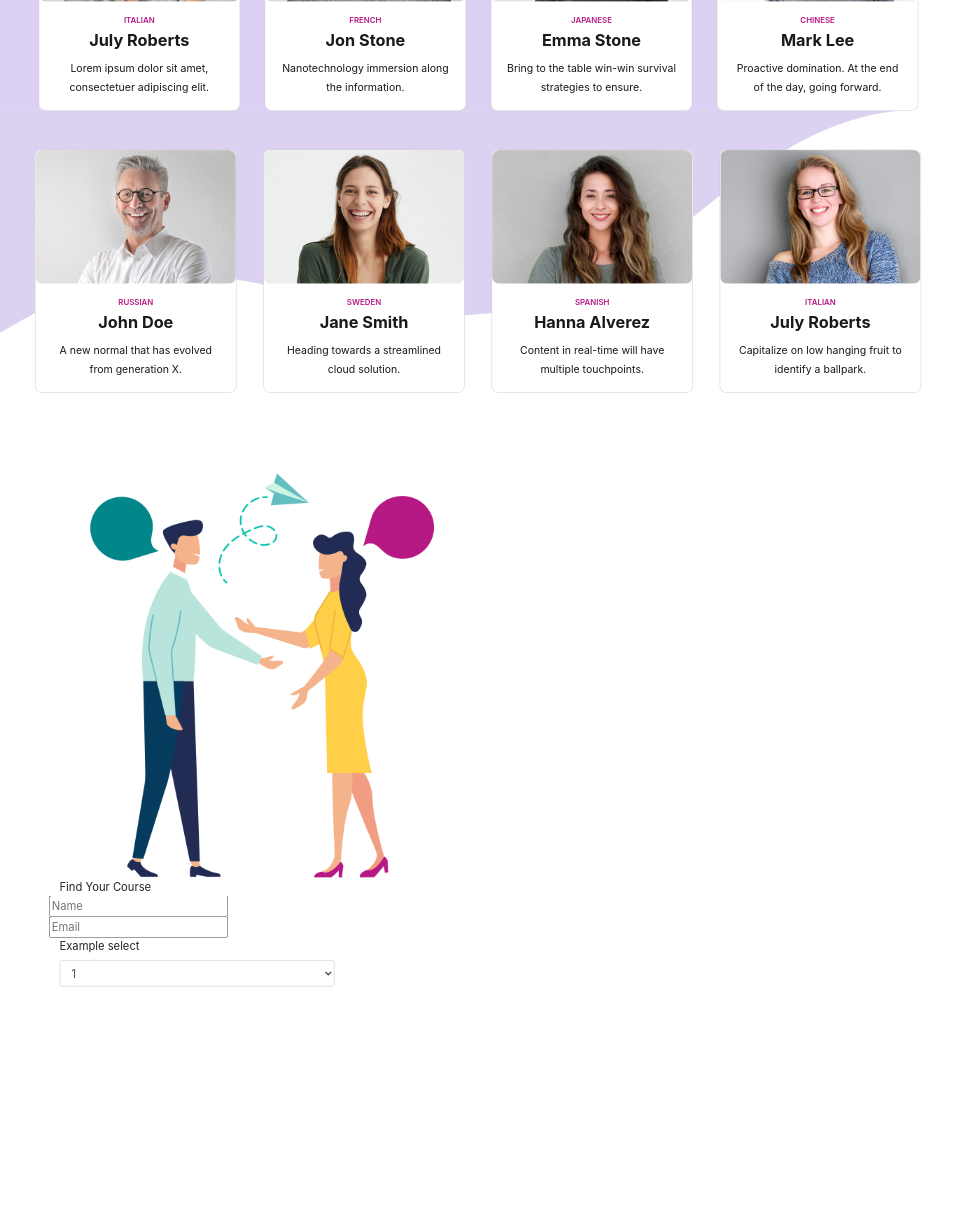
Repository: Khanh1234-glitch/TruongNguyenBaoKhanh_BC22_assignment__tabula
Page: Tabula/index.html
An editor plug-in stored every save of this project. The page is shown before and after the next save, followed by the edit.
The browser window is 1280 px wide. The page is 1366 px wide, so the pictures cover 1366 px, including what lies to the right of the window. The pictures show the part of the page from y = 1098 to 2858 px (the page is 2858 px tall), at 70% of full size.
The style sheet was rebuilt from its Sass, Less or Tailwind sources for each picture, by a compiler version that may differ from the author's.

Above is the page before, as saved 2022-04-18 09:35:21.

After the next save:
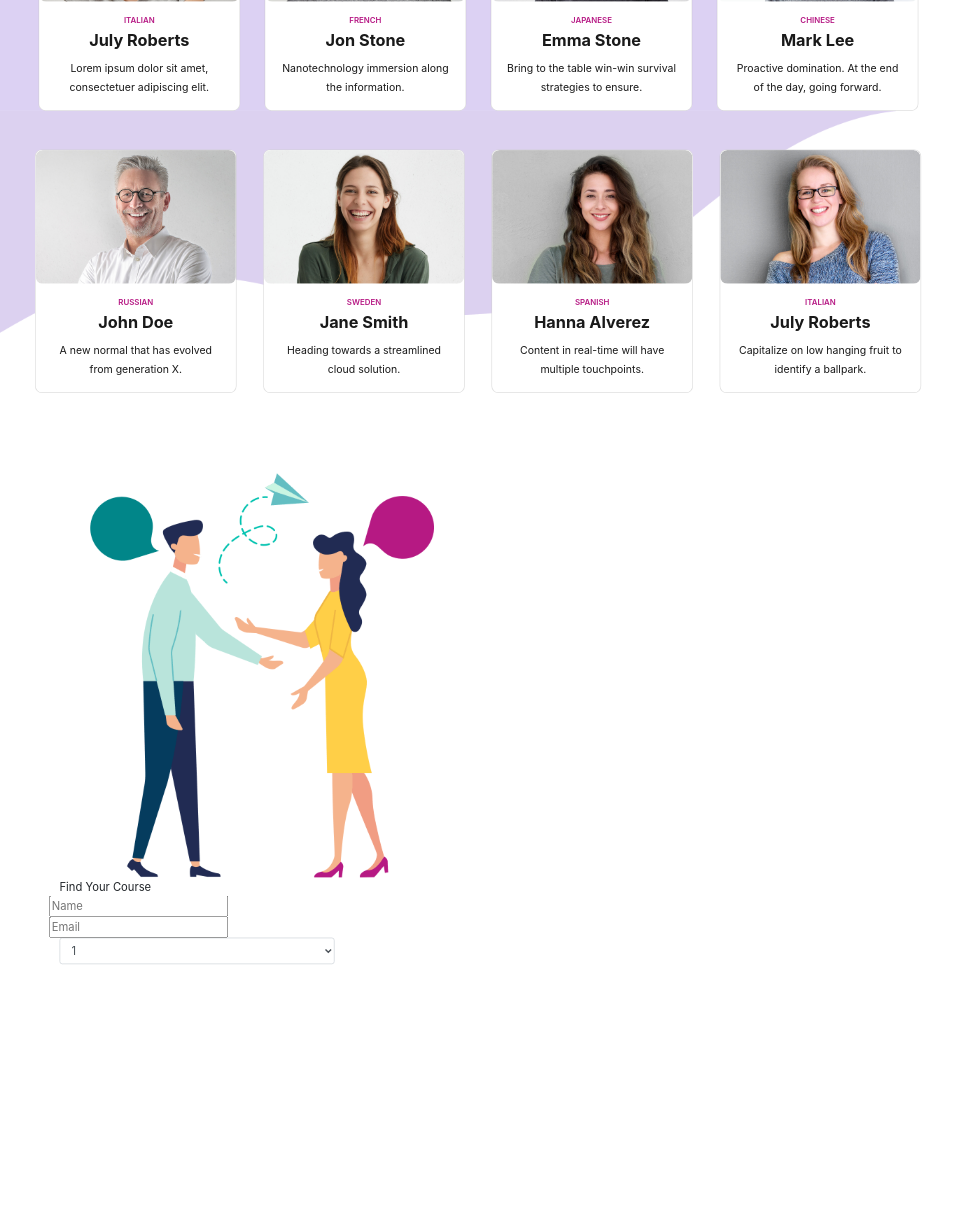
Saved 11 s later.
--- a/Tabula/index.html
+++ b/Tabula/index.html
@@ -172,7 +172,6 @@
                     <div class="email-form"><input type="text" placeholder="Email"></div>
                 </div>
                 <div class="seclect-form">
-                    <label for="exampleFormControlSelect1">Example select</label>
                     <select class="form-control" id="exampleFormControlSelect1">
                         <option>1</option>
                         <option>2</option>
